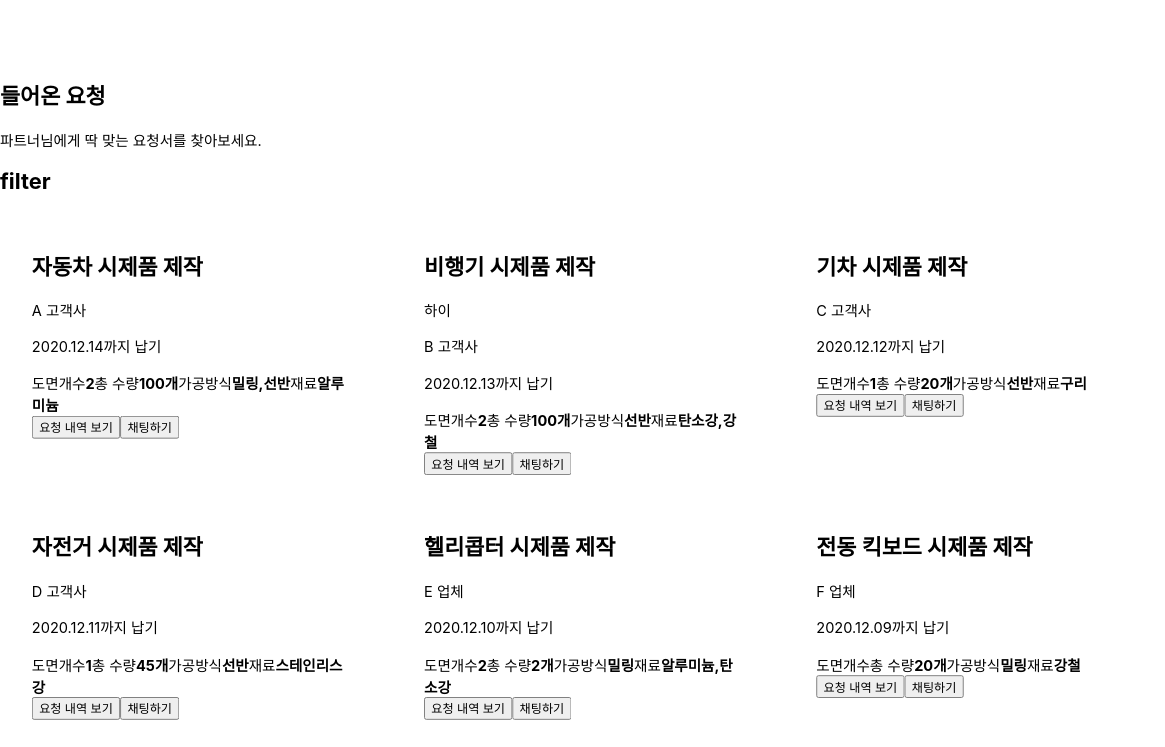
Repository: seoulsaram/capa
Page: /
An editor plug-in stored every save of this project. The page is shown before and after the next save, followed by the edit.
The browser window is 1280 px wide. The pictures show the whole page, at 91% of full size.
The project was rebuilt for these pictures with package versions that can differ from the ones it lists, and the page was loaded fresh each time. Requests to the local data server were answered from the project's data file. Also part of the build but not shown: src/App.css, src/components/filter/filter.module.css, src/components/item_container/item_container.module.css.

Above is the page before, as saved 2021-03-05 22:04:08.

### public/index.html
<!DOCTYPE html>
<html lang="en">
  <head>
    <meta charset="utf-8" />
    <link rel="icon" href="%PUBLIC_URL%/favicon.ico" />
    <meta name="viewport" content="width=device-width, initial-scale=1" />
    <meta name="theme-color" content="#000000" />
    <meta name="description" content="Web site created using create-react-app" />

    <title>React App</title>
  </head>
  <body>
    <noscript>You need to enable JavaScript to run this app.</noscript>
    <div id="root"></div>
  </body>
</html>

### src/index.js
import React from "react";
import ReactDOM from "react-dom";
import "./index.css";
import App from "./app";
import RequestInfo from "./service/request_info";

const requestInfo = new RequestInfo();

ReactDOM.render(
  <React.StrictMode>
    <App requestInfo={requestInfo} />
  </React.StrictMode>,
  document.getElementById("root")
);

### src/App.js
import "./app.css";
import Header from "./components/header/header";
import ItemContainer from "./components/item_container/item_container";
import RequestBox from "./components/request_box/request_box";

function App({ requestInfo }) {
  return (
    <div>
      <Header />
      <ItemContainer requestInfo={requestInfo} />
    </div>
  );
}

export default App;

### src/service/request_info.js
class RequestInfo {
  constructor() {
    this.getrequestOptions = {
      method: "GET",
    };
  }

  async getInfo() {
    const response = await fetch("http://localhost:3002/requests", this.getrequestOptions);
    const res = await response.json();
    return res;
  }
}

export default RequestInfo;

### src/components/header/header.js
import React, { memo } from "react";
import styles from "./header.module.css";

const Header = (props) => (
  <div className={styles.header}>
    <div className={styles.headerLeft}>
      <p>CAPA</p>
      <p>파트너스</p>
    </div>
    <div className={styles.headerRight}>
      <p>A가공업체</p>
      <div className={styles.line}></div>
      <p>로그아웃</p>
    </div>
  </div>
);

export default Header;

### src/components/item_container/item_container.js
import React, { useEffect, useState } from "react";
import Filter from "../filter/filter";
import RequestBox from "../request_box/request_box";
import styles from "./item_container.module.css";

const ItemContainer = ({ requestInfo }) => {
  const [reqInfo, setReqInfo] = useState([]);

  useEffect(() => {
    requestInfo.getInfo().then((info) => setReqInfo(info));
  }, [requestInfo]);

  return (
    <section className={styles.section}>
      <h2>들어온 요청</h2>
      <p>파트너님에게 딱 맞는 요청서를 찾아보세요.</p>
      <Filter reqInfo={reqInfo} />
      <RequestBox reqInfo={reqInfo} />
    </section>
  );
};

export default ItemContainer;

### src/components/request_box/request_box.jsx
import React from "react";
import styles from "./request_box.module.css";

const RequestBox = ({ reqInfo }) => {
  return (
    <ul className={styles.cards}>
      {reqInfo.map((info) => (
        <div key={info.id} className={styles.card}>
          <div className={styles.top}>
            <div className={styles.titleContainer}>
              <h2>{info.title}</h2>
              {info.status === "상담중" && <div>하이</div>}
            </div>

            <p>{info.client}</p>
            <p>{info.due}까지 납기</p>
          </div>
          <div className={styles.line}></div>
          <div className={styles.bottom}>
            도면개수<b>{info.count}</b>총 수량<b>{info.amount}개</b>
            가공방식<b>{info.method.join(",")}</b>
            재료<b>{info.material.join(",")}</b>
          </div>
          <div className={styles.btnContainer}>
            <button>요청 내역 보기</button>
            <button>채팅하기</button>
          </div>
        </div>
      ))}
    </ul>
  );
};

export default RequestBox;

// {
//     "id": 1,
//     "title": "자동차 시제품 제작",
//     "client": "A 고객사",
//     "due": "2020.12.14",
//     "count": 2,
//     "amount": 100,
//     "method": ["밀링", "선반"],
//     "material": ["알루미늄"],
//     "status": "대기중"
//   },

### src/components/header/header.module.css
@value MakeBlue from '../../common/color.css';

.header {
  display: flex;
  justify-content: space-between;
  padding: 5px 20px;
  background-color: MakeBlue;
  color: white;
}

.headerLeft {
  display: flex;
  align-items: center;
}

.headerRight {
  display: flex;
  align-items: center;
}

.line {
  width: 2px;
  height: 50%;
  background-color: white;
  margin: 0px 14px;
}

### src/components/filter/filter.js
import React from "react";
import styles from "./filter.module.css";

const Filter = ({ requestInfo }) => <h1>filter</h1>;

export default Filter;

### src/components/request_box/request_box.module.css
@value MakeBlue,MakeBlack,MakeLightBlue,MakeGrey,MakeLightGrey,MakeYellow from '../../common/color.css';
* {
  box-sizing: border-box;
}
.cards {
  display: flex;
  justify-content: space-between;
  flex-wrap: wrap;
  margin: 10px;
}

ul {
  margin: 0;
  padding: 0;
}

.card {
  width: 30%;
  border: 1px solid MakeLightGrey;
  border-radius: 3px;
  padding: 10px 15px;
  margin: 10px;
}

.card:hover {
  border: 1px solid MakeLightBlue;
}

.line {
  width: 90%;
  height: 1px;
  background-color: MakeLightGrey;
}

### db.json
{
  "requests": [
    {
      "id": 1,
      "title": "자동차 시제품 제작",
      "client": "A 고객사",
      "due": "2020.12.14",
      "count": 2,
      "amount": 100,
      "method": ["밀링", "선반"],
      "material": ["알루미늄"],
      "status": "대기중"
    },
    {
      "id": 2,
      "title": "비행기 시제품 제작",
      "client": "B 고객사",
      "due": "2020.12.13",
      "count": 2,
      "amount": 100,
      "method": ["선반"],
      "material": ["탄소강", "강철"],
      "status": "상담중"
    },
    {
      "id": 3,
      "title": "기차 시제품 제작",
      "client": "C 고객사",
      "due": "2020.12.12",
      "count": 1,
      "amount": 20,
      "method": ["선반"],
      "material": ["구리"],
      "status": "대기중"
    },
    {
      "id": 4,
      "title": "자전거 시제품 제작",
      "client": "D 고객사",
      "due": "2020.12.11",
      "count": 1,
      "amount": 45,
      "method": ["선반"],
      "material": ["스테인리스강"],
      "status": "대기중"
    },
    {
      "id": 5,
      "title": "헬리콥터 시제품 제작",
      "client": "E 업체",
      "due": "2020.12.10",
      "count": 2,
      "amount": 2,
      "method": ["밀링"],
      "material": ["알루미늄", "탄소강"],
      "status": "대기중"
    },
    {
      "id": 6,
      "title": "전동 킥보드 시제품 제작",
      "client": "F 업체",
      "due": "2020.12.09",
      "docs": 1,
      "amount": 20,
      "method": ["밀링"],
      "material": ["강철"],
      "status": "대기중"
    }
  ]
}

Loaded but not shown: src/index.css (common file)

After the next save:
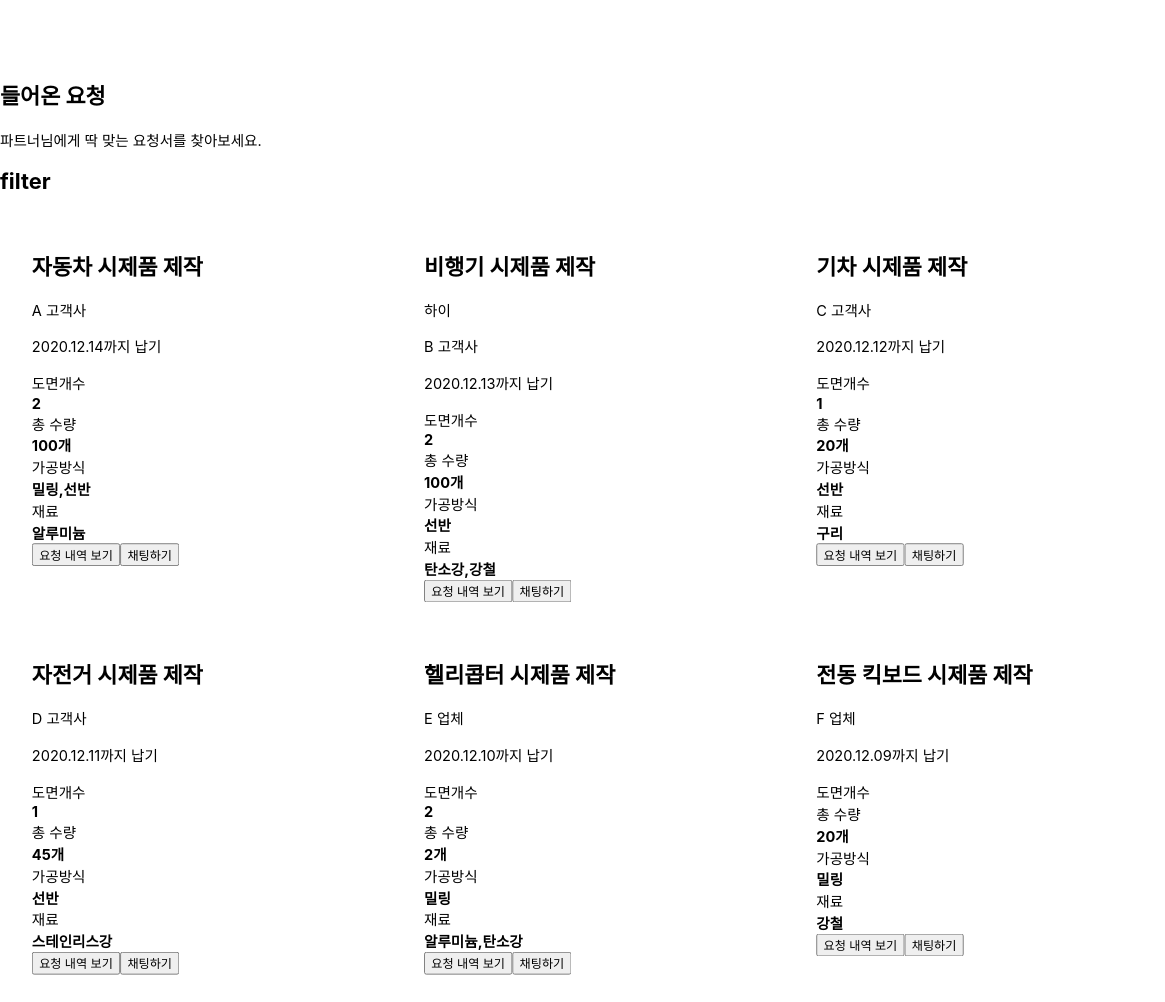
Saved 23 s later.
--- a/src/components/request_box/request_box.module.css
+++ b/src/components/request_box/request_box.module.css
@@ -31,3 +31,8 @@ ul {
   height: 1px;
   background-color: MakeLightGrey;
 }
+
+.bottom {
+  display: flex;
+  flex-direction: column;
+}
